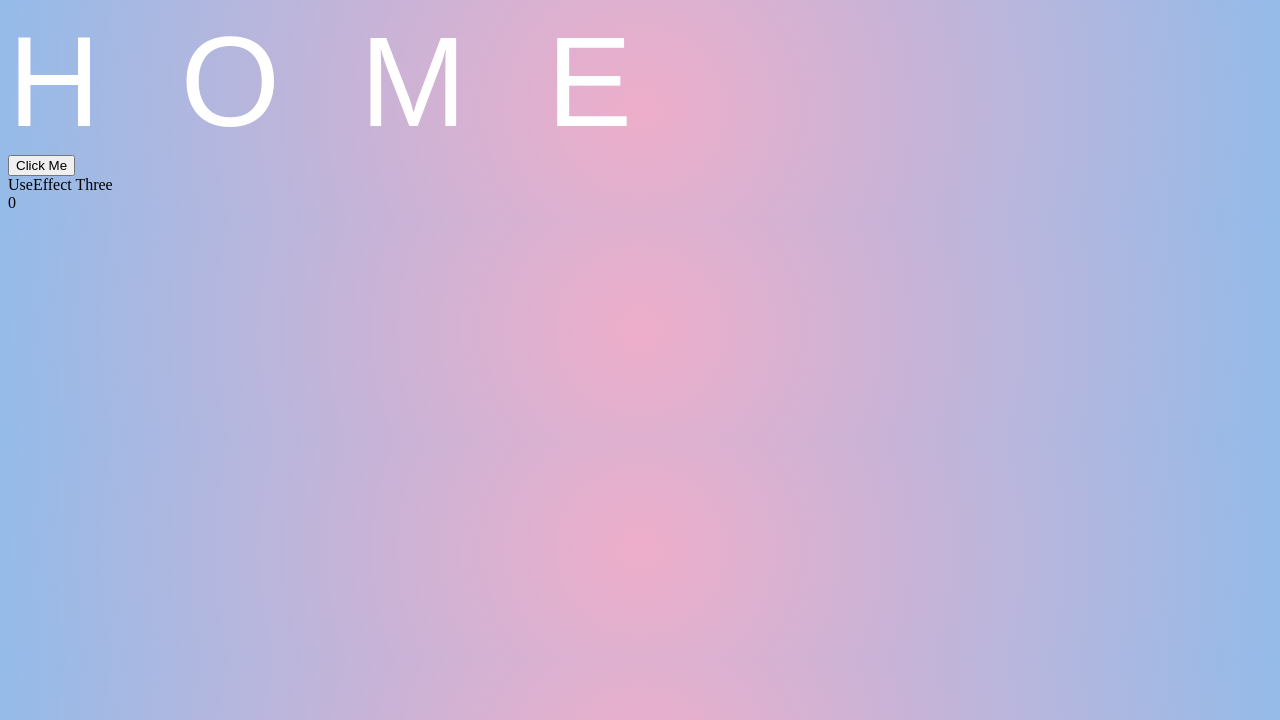
Repository: juliet-jskim/week-8-useEffect-carousel
Page: /useEffectThree
The author's editor kept a copy of each file at every save. The page is drawn from the files as they stood at one save, then again after the next save.
The browser window is 1280 px wide. The pictures show the whole page.
The project was rebuilt for these pictures with package versions that can differ from the ones it lists, and the page was loaded fresh each time. The framework's server and built-in components were replaced by stand-ins that run in the browser. Also part of the build but not shown: next.config.js.

Above is the page before, as saved 2023-02-20 23:08:34.

After the next save:
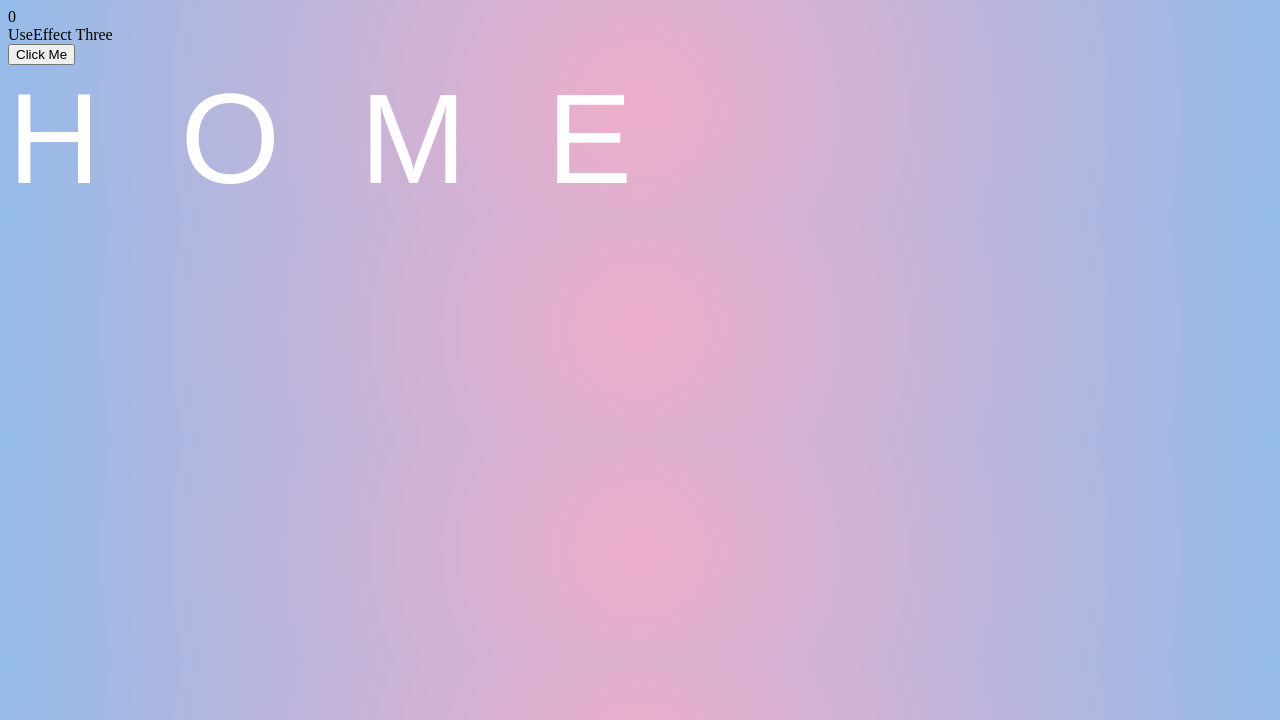
Saved 8 s later.
--- a/styles/UseEffectThree.module.css
+++ b/styles/UseEffectThree.module.css
@@ -1,5 +1,6 @@
 .main_container{
-
+    display: flex;
+    flex-direction: column-reverse;
 }
 
 .home_link{
